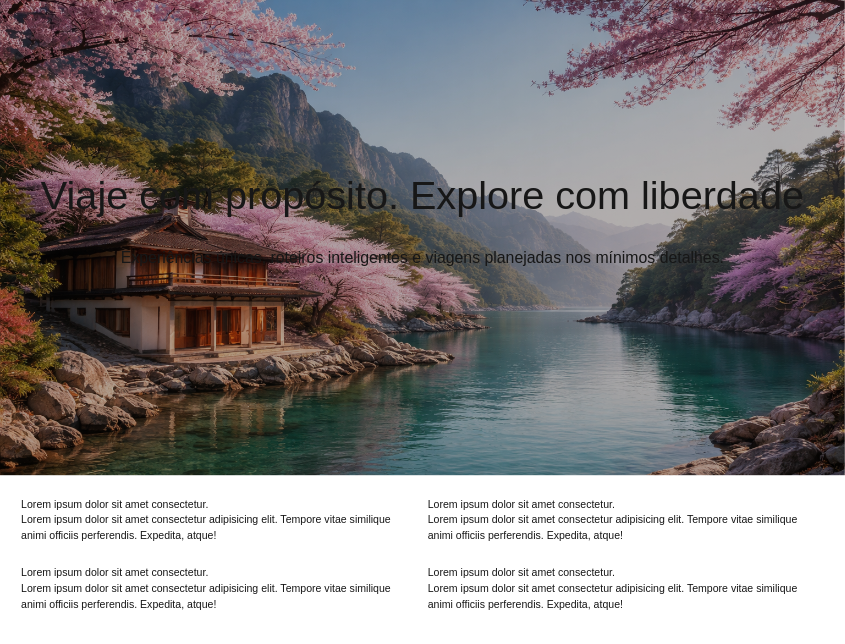
Repository: pedroantoniosi/tripicon-site
Page: /home
These files come from the project's save history. The page is drawn as it stood at one moment and after the next save; the edit follows.
The browser window is 1280 px wide. The pictures show the whole page, at 66% of full size.
The project was rebuilt for these pictures with package versions that can differ from the ones it lists, and the page was loaded fresh each time. The framework's server and built-in components were replaced by stand-ins that run in the browser. Also part of the build but not shown: next.config.ts.

Above is the page before, as saved 2026-03-31 20:13:13.

### src/app/layout.tsx
import type { Metadata } from "next";
import { Geist, Geist_Mono } from "next/font/google";
import "./globals.css";

const geistSans = Geist({
  variable: "--font-geist-sans",
  subsets: ["latin"],
});

const geistMono = Geist_Mono({
  variable: "--font-geist-mono",
  subsets: ["latin"],
});

export const metadata: Metadata = {
  title: "Create Next App",
  description: "Generated by create next app",
};

export default function RootLayout({
  children,
}: Readonly<{
  children: React.ReactNode;
}>) {
  return (
    <html
      lang="en"
      className={`${geistSans.variable} ${geistMono.variable} h-full antialiased`}
    >
      <body className="min-h-full flex flex-col">{children}</body>
    </html>
  );
}

### src/app/home/page.tsx
import styles from "./page.module.css";

export default function Home() {
  return (
    <>
      <div className={styles.heroContainer}>
        <div className={`${styles.heroCaption} col gap-2`}>
          <h1 className="text-6xl text-center">
            {" "}
            Viaje com propósito. Explore com liberdade
          </h1>
          <p className="text-2xl text-center m-[3rem]">
            Experiências únicas, roteiros inteligentes e viagens planejadas nos
            mínimos detalhes.
          </p>
        </div>
      </div>
      <div className="grid grid-cols-2 grid-rows-2 gap-4 h-64 p-[2rem]">
        <div className="card">
          <img src="" alt="" />
          <div className="caption">
            <h2>Lorem ipsum dolor sit amet consectetur.</h2>
            <p>
              Lorem ipsum dolor sit amet consectetur adipisicing elit. Tempore
              vitae similique animi officiis perferendis. Expedita, atque!
            </p>
          </div>
        </div>
        <div className="card">
          <img src="" alt="" />
          <div className="caption">
            <h2>Lorem ipsum dolor sit amet consectetur.</h2>
            <p>
              Lorem ipsum dolor sit amet consectetur adipisicing elit. Tempore
              vitae similique animi officiis perferendis. Expedita, atque!
            </p>
          </div>
        </div>
        <div className="card">
          <img src="" alt="" />
          <div className="caption">
            <h2>Lorem ipsum dolor sit amet consectetur.</h2>
            <p>
              Lorem ipsum dolor sit amet consectetur adipisicing elit. Tempore
              vitae similique animi officiis perferendis. Expedita, atque!
            </p>
          </div>
        </div>
        <div className="card">
          <img src="" alt="" />
          <div className="caption">
            <h2>Lorem ipsum dolor sit amet consectetur.</h2>
            <p>
              Lorem ipsum dolor sit amet consectetur adipisicing elit. Tempore
              vitae similique animi officiis perferendis. Expedita, atque!
            </p>
          </div>
        </div>
      </div>
    </>
  );
}

### src/app/globals.css
@import "tailwindcss";
@tailwind base;
@tailwind components;
@tailwind utilities;

:root {
  --background: #ffffff;
  --foreground: #171717;
}

@media (prefers-color-scheme: dark) {
  :root {
    --background: #0a0a0a;
    --foreground: #ededed;
  }
}

body {
  background: var(--background);
  color: var(--foreground);
  font-family: Arial, Helvetica, sans-serif;
}

### src/app/home/page.module.css
.heroContainer {
    padding: 1rem;
    position: relative;
    display: grid;
    place-items: center;
    z-index: 1;
    min-height: 50svh;

    &::after {
        content: ' ';
        position: absolute;
        width: 100%;
        height: 100%;
        left: 0;
        bottom: 0;
        background-image: url('/images/banner.png');
        background-size: cover;
        z-index: -1;
        filter: brightness(70%);
    }

    & .heroTitle {
        max-width: 1024px;
        text-align: center;
    }
}


@media (min-width: 1024px) {
    .heroContainer {
        padding: 2rem;
        min-height: 100vh;
    }

    .heroContainer .heroTitle {
        max-width: 1200px;
    }
}

After the next save:
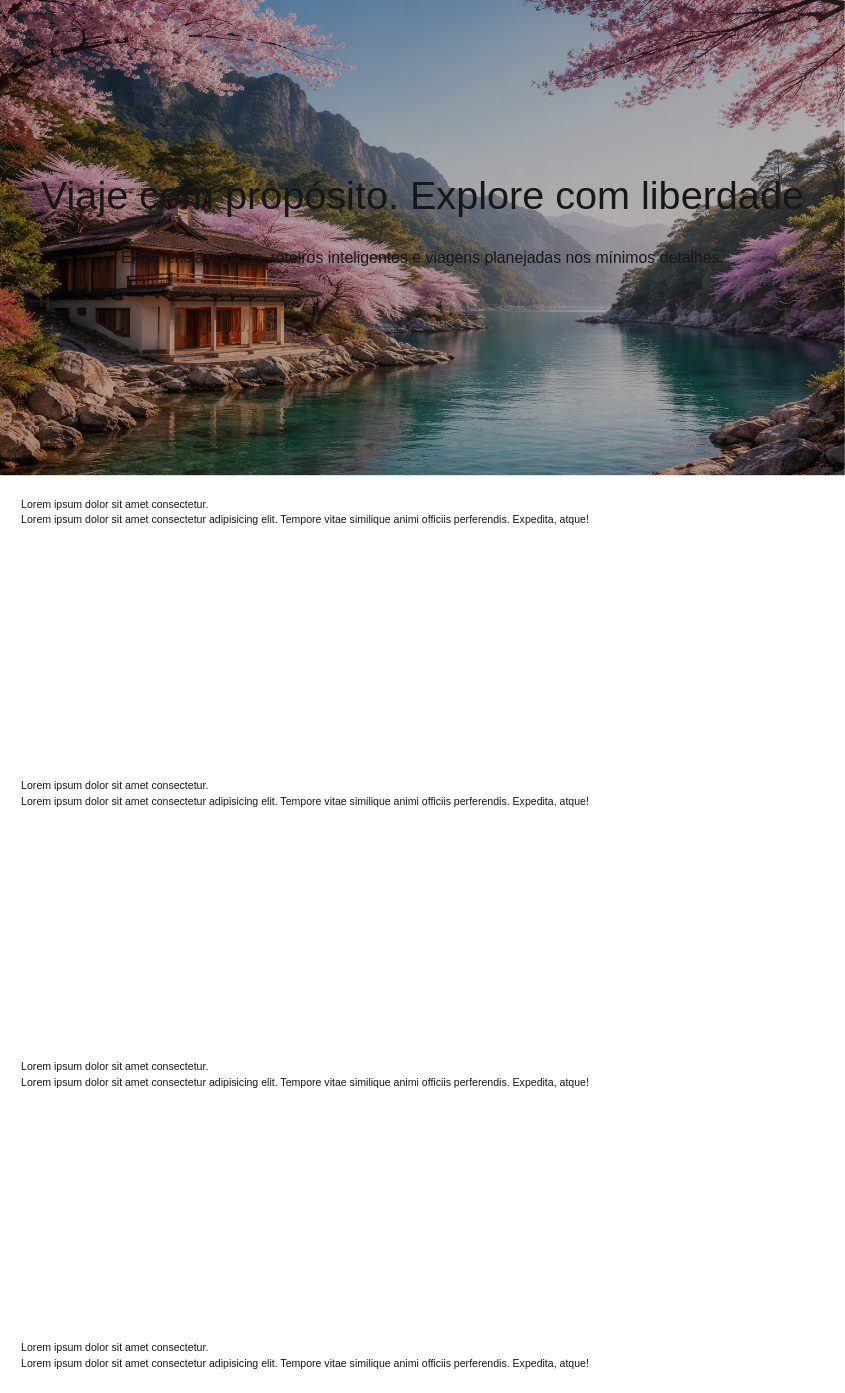
Saved 59 s later.
--- a/src/app/home/page.tsx
+++ b/src/app/home/page.tsx
@@ -15,7 +15,7 @@ export default function Home() {
           </p>
         </div>
       </div>
-      <div className="grid grid-cols-2 grid-rows-2 gap-4 h-64 p-[2rem]">
+      <div className="grid grid-rows-[repeat(3,minmax(250px,1fr))] gap-44 p-[2rem]">
         <div className="card">
           <img src="" alt="" />
           <div className="caption">
